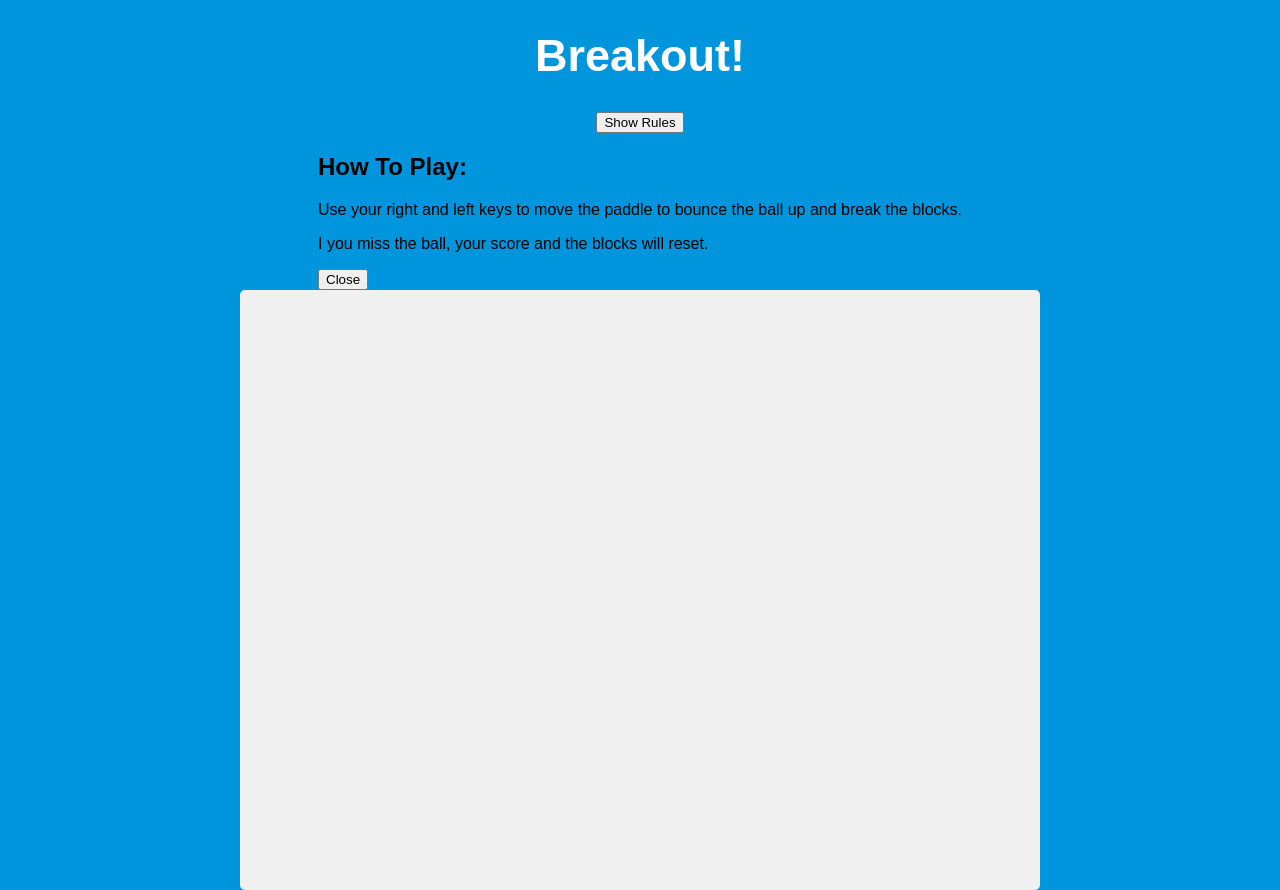
Repository: JackyZzZz/BREAKOUT-GAME
Page: index.html
The author's editor kept a copy of each file at every save. The page is drawn from the files as they stood at one save, then again after the next save.
The browser window is 1280 px wide. The pictures show the whole page.

Above is the page before, as saved 2023-09-04 20:38:35.

After the next save:
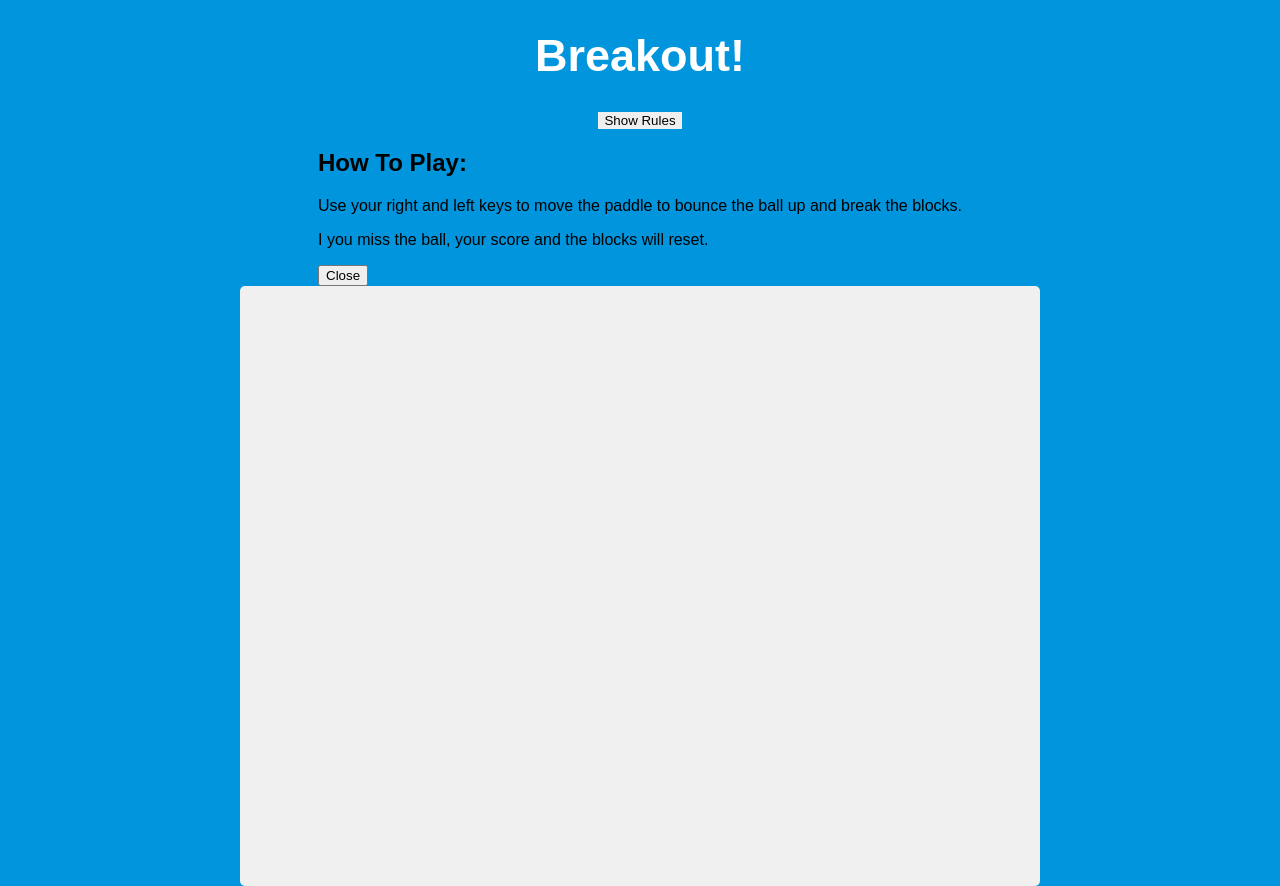
Saved 4 s later.
--- a/style.css
+++ b/style.css
@@ -26,4 +26,5 @@ canvas {
 
 .btn {
     cursor: pointer;
+    border: 0;
 }
